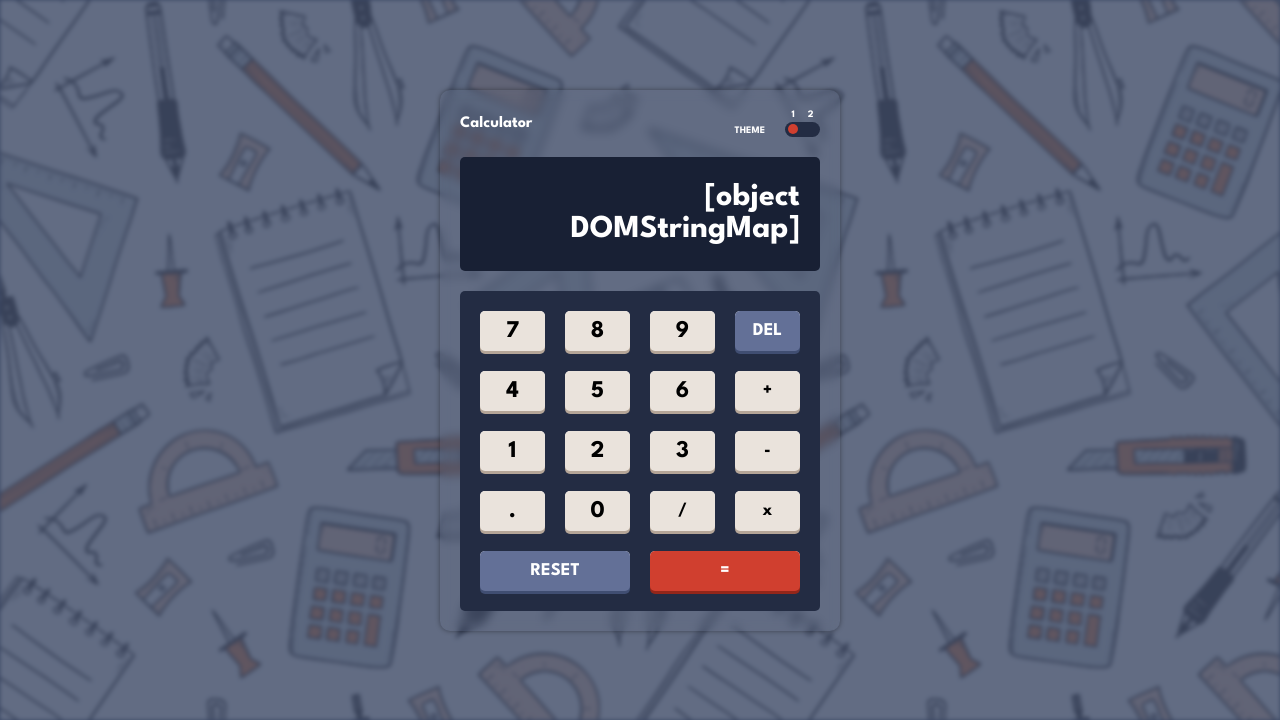
Repository: Ebtehal18/calculator
Page: index.html
The author's editor kept a copy of each file at every save. The page is drawn from the files as they stood at one save, then again after the next save.
The browser window is 1280 px wide. The pictures show the whole page.
After loading, the first visible `button.calc__key` was clicked once.

Above is the page before, as saved 2024-02-05 17:42:26.

### index.html
<!DOCTYPE html>
<html lang="en">
  <head>
    <meta charset="UTF-8" />
    <meta
      name="viewport"
      content="width=device-width, user-scalable=no, initial-scale=1.0, maximum-scale=1.0, minimum-scale=1.0"
    />
    <meta http-equiv="X-UA-Compatible" content="ie=edge" />
    <link rel="preconnect" href="https://fonts.googleapis.com" />
    <link rel="preconnect" href="https://fonts.gstatic.com" crossorigin />
    <link
      href="https://fonts.googleapis.com/css2?family=League+Spartan:wght@700&display=swap"
      rel="stylesheet"
    />
    <link rel="stylesheet" href="style.css" type="text/css" />
    <title>Calculator</title>
  </head>
  <body>
    <div class="container">
      <div class="calc">
        <div class="calc__header">
          <span>Calculator</span>
          <div class="themes">
            <div class="themes__label">
              <span>THEME</span>
            </div>
            <div class="themes__toggleContent">
              <div class="themes__numbers">
                <span class="themes__number">1</span>
                <span class="themes__number">2</span>
              </div>
              <span class="themes__toggle" role="button" tabindex="0"></span>
            </div>
          </div>
        </div>

        <div class="calc__result">0</div>

        <div class="calc__numsContent">
          <button class="calc__key" data-type="number" data-value="7">
            <span>7</span>
          </button>
          <button class="calc__key" data-type="number" data-value="8">
            <span>8</span>
          </button>
          <button class="calc__key" data-type="number" data-value="9">
            <span>9</span>
          </button>
          <button
            class="calc__key"
            data-type="operation"
            data-value="Backspace"
          >
            <span>DEL</span>
          </button>
          <button class="calc__key" data-type="number" data-value="4">
            <span>4</span>
          </button>
          <button class="calc__key" data-type="number" data-value="5">
            <span>5</span>
          </button>
          <button class="calc__key" data-type="number" data-value="6">
            <span>6</span>
          </button>
          <button class="calc__key" data-type="operation" data-value="+">
            <span>+</span>
          </button>
          <button class="calc__key" data-type="number" data-value="1">
            <span>1</span>
          </button>
          <button class="calc__key" data-type="number" data-value="2">
            <span>2</span>
          </button>
          <button class="calc__key" data-type="number" data-value="3">
            <span>3</span>
          </button>
          <button class="calc__key" data-type="operation" data-value="-">
            <span>-</span>
          </button>
          <button class="calc__key" data-type="number" data-value=".">
            <span>.</span>
          </button>
          <button class="calc__key" data-type="number" data-value="0">
            <span>0</span>
          </button>
          <button class="calc__key" data-type="operation" data-value="/">
            <span>/</span>
          </button>
          <button class="calc__key" data-type="operation" data-value="*">
            <span>x</span>
          </button>
          <button
            class="calc__key calc__key--wide"
            data-type="operation"
            data-value="c"
          >
            <span>RESET</span>
          </button>
          <button
            class="calc__key calc__key--wide"
            data-type="operation"
            data-value="Enter"
          >
            <span>=</span>
          </button>
        </div>
      </div>
    </div>

    <script src="script.js"></script>
  </body>
</html>

### style.css
:root {
  --color-main-background: #3a4764;
  --color-keypad-background: #232c43;
  --color-screen-background: #182034;
  --color-key-blue-background: #637097;
  --color-key-blue-shadow: #404e72;
  --color-key-blue-hover: #a2b3e1;
  --color-key-red-background: #d03f2f;
  --color-key-red-shadow: #93261a;
  --color-key-red-hover: #f86c5c;
  --color-key-gray-background: #eae3dc;
  --color-key-gray-shadow: hsl(28, 16%, 65%);
  --color-dark-blue-text: #444b5a;
  --color-white-text: #ffffff;
  --border-radius: 10px;
  --timing-animation: .3s;
}

* {
  box-sizing: border-box;
  margin: 0;
}

html {
  font-size: 62.5%;
}

.container {
  font-size: 1.6rem;
  font-family: "League Spartan", sans-serif;
  display: flex;
  min-height: 100vh;
  align-items: center;
  justify-content: center;
  background: var(--color-main-background);
  color: var(--color-white-text);
  transition: background-color var(--timing-animation);
}
.container:before {
  content: "";
  position: absolute;
  width: 100%;
  height: 100%;
  z-index: 0;
  opacity: 0.2;
  background: url("./pattern.jpeg");
  background-size: contain;
  filter: blur(2px);
}
.container:has(.themes__toggle--isActive) {
  --color-main-background: #e6e6e6;
  --color-keypad-background: #d1cccc;
  --color-screen-background: #ededed;
  --color-key-blue-background: #377f86;
  --color-key-blue-shadow: #1b5f65;
  --color-key-blue-hover: #62b5bc;
  --color-key-red-background: #ca5502;
  --color-key-red-shadow: #893901;
  --color-key-red-hover: #ff8a38;
  --color-key-gray-background: #e5e4e1;
  --color-key-gray-shadow: #b4a597;
  --color-dark-blue-text: #35352c;
  --color-white-text: #ffffff;
  --color-top-section-text: var(--color-dark-blue-text);
}

.calc {
  width: 100%;
  max-width: 40rem;
  margin: 0 1rem;
  padding: 2rem;
  border-radius: var(--border-radius);
  z-index: 1;
  box-shadow: 0 0 0.5rem rgba(0, 0, 0, 0.4);
  backdrop-filter: blur(5px);
}
.calc__header {
  display: flex;
  justify-content: space-between;
  align-items: center;
  color: var(--color-top-section-text);
}
.calc__result {
  margin: 2rem 0;
  padding: 2.5rem 2rem;
  font-size: 3.2rem;
  text-align: right;
  line-height: 1;
  border-radius: calc(var(--border-radius) / 2);
  background-color: var(--color-screen-background);
  color: var(--color-top-section-text);
  transition: background-color var(--timing-animation);
}
.calc__numsContent {
  display: grid;
  grid-template-columns: repeat(4, 1fr);
  padding: 2rem;
  gap: 2rem;
  background-color: var(--color-keypad-background);
  font-size: 1.8rem;
  color: var(--color-dark-blue-text);
  border-radius: calc(var(--border-radius) / 2);
  transition: background-color var(--timing-animation);
}
.calc__key {
  position: relative;
  flex-basis: 25%;
  border-radius: calc(var(--border-radius) / 2);
  display: flex;
  align-items: center;
  justify-content: center;
  height: 4rem;
  isolation: isolate;
  border: none;
  font-family: inherit;
  font-size: inherit;
}
.calc__key:hover:after, .calc__key.hover:after {
  background-color: var(--color-white-text);
}
.calc__key:active {
  transform: scale(0.95);
}
.calc__key:active:before {
  bottom: -0.2rem;
}
.calc__key span {
  z-index: 1;
  user-select: none;
}
.calc__key:before {
  content: "";
  position: absolute;
  height: 100%;
  width: 100%;
  bottom: -0.3rem;
  border-radius: calc(var(--border-radius) / 2);
  background-color: var(--color-key-gray-shadow);
}
.calc__key:after {
  content: "";
  position: absolute;
  height: 100%;
  width: 100%;
  border-radius: calc(var(--border-radius) / 2);
  background-color: var(--color-key-gray-background);
  transition: all 0.3s;
}
.calc__key--wide {
  grid-column: span 2;
}
.calc [data-type=number] {
  font-size: 2.4rem;
}
.calc [data-value=Backspace]:hover:after, .calc [data-value=Backspace].hover:after, .calc [data-value=c]:hover:after, .calc [data-value=c].hover:after {
  background-color: var(--color-key-blue-hover);
}
.calc [data-value=Backspace]:after, .calc [data-value=c]:after {
  background-color: var(--color-key-blue-background);
}
.calc [data-value=Backspace]:before, .calc [data-value=c]:before {
  background-color: var(--color-key-blue-shadow);
}
.calc [data-value=Backspace] span, .calc [data-value=c] span {
  color: var(--color-white-text);
}
.calc [data-value=Enter]:hover:after, .calc [data-value=Enter].hover:after {
  background-color: var(--color-key-red-hover);
}
.calc [data-value=Enter]:after {
  background-color: var(--color-key-red-background);
}
.calc [data-value=Enter]:before {
  background-color: var(--color-key-red-shadow);
}
.calc [data-value=Enter] span {
  color: var(--color-white-text);
}

.themes {
  --toggle-width: 3.5rem;
  --circle-width: 1rem;
  --toggle-padding: .3rem;
  display: flex;
  gap: 2rem;
  font-size: 1rem;
  align-items: flex-end;
}
.themes__label {
  line-height: 1.2;
}
.themes__toggleContent {
  display: flex;
  flex-direction: column;
  width: var(--toggle-width);
}
.themes__numbers {
  display: flex;
  justify-content: space-around;
  margin-bottom: 0.3rem;
}
.themes__number {
  cursor: pointer;
}
.themes__toggle {
  content: "";
  position: relative;
  display: flex;
  align-items: center;
  padding: 0 var(--toogle-padding);
  width: 100%;
  height: 1.5rem;
  border-radius: var(--border-radius);
  background: var(--color-keypad-background);
  cursor: pointer;
}
.themes__toggle:hover:before {
  background-color: var(--color-key-red-hover);
}
.themes__toggle:before {
  content: "";
  position: absolute;
  left: var(--toggle-padding);
  width: var(--circle-width);
  height: 1rem;
  border-radius: 50%;
  background-color: var(--color-key-red-background);
  transition: all 0.3s;
}
.themes__toggle--isActive:before {
  left: calc(var(--toggle-width) - var(--circle-width) - var(--toggle-padding));
}

/*# sourceMappingURL=style.css.map */

### script.js
const toggle = document.querySelector(".themes__toggle");
const theme = () => {
  toggle.classList.toggle("themes__toggle--isActive");
};
const toggleEnter = (e) => {
  e.key === "Enter" && theme();
};
toggle.addEventListener("click", theme);
toggle.addEventListener("keydown", toggleEnter);

// logic
let storedNumber = "";
let currentNumber = "";
let operation = "";
const numbers = document.querySelectorAll(".calc__key");
const result = document.querySelector(".calc__result");
numbers.forEach((item) => {
  item.addEventListener("click", () => {
    result.textContent = item.dataset;
  });
});

After the next save:
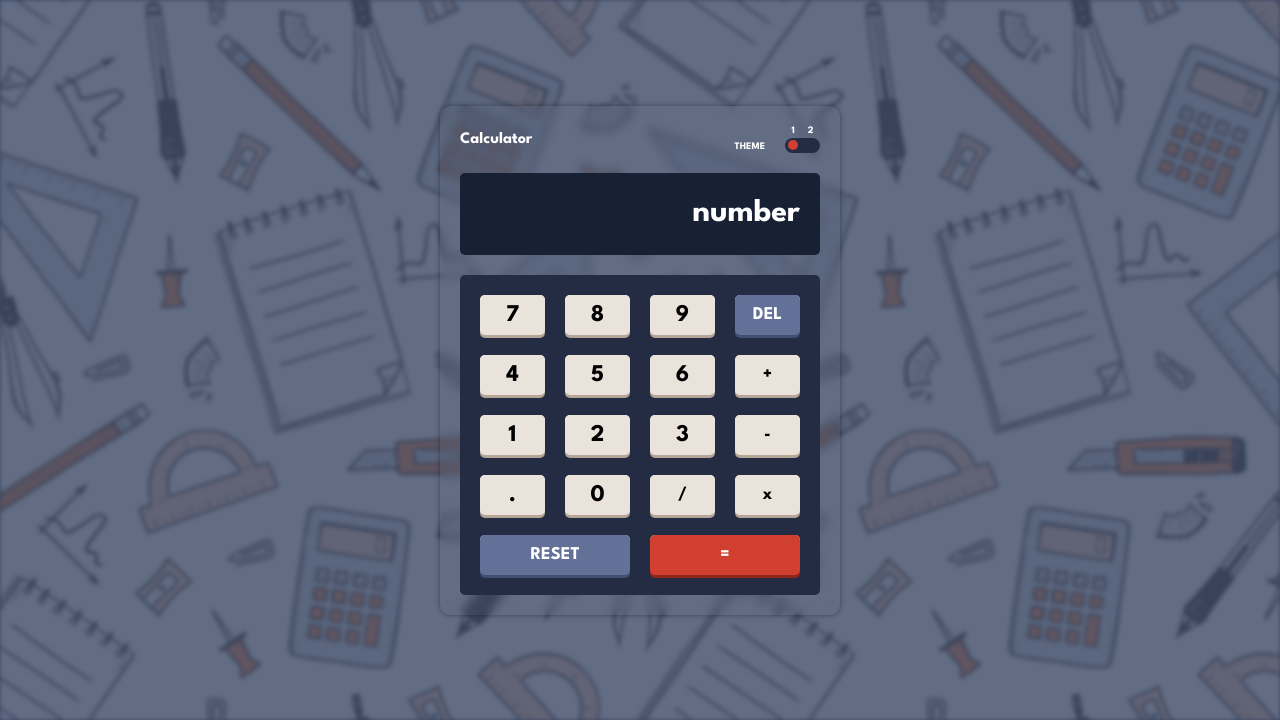
Saved 10 s later.
--- a/script.js
+++ b/script.js
@@ -16,6 +16,6 @@ const numbers = document.querySelectorAll(".calc__key");
 const result = document.querySelector(".calc__result");
 numbers.forEach((item) => {
   item.addEventListener("click", () => {
-    result.textContent = item.dataset;
+    result.textContent = item.dataset.type;
   });
 });
